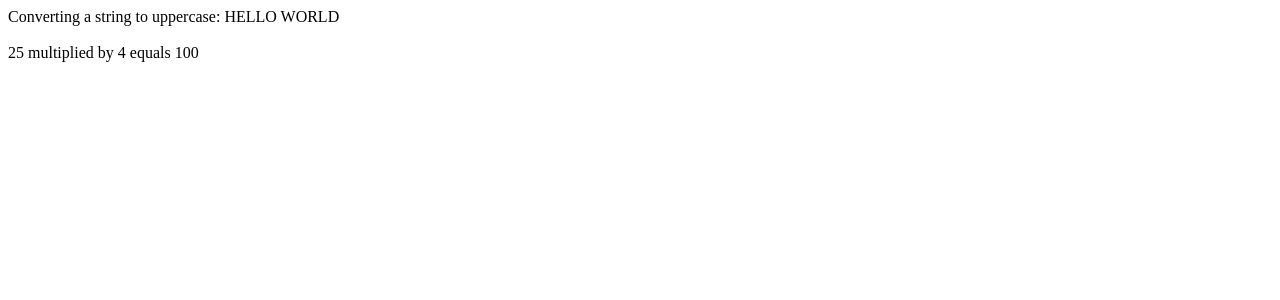
Repository: max-denny/java_db_app
Page: http://localhost/db_app_tutorial_java/expression-test.jsp
An editor plug-in stored every save of this project. The page is shown before and after the next save, followed by the edit.
The browser window is 1280 px wide. The pictures show the whole page.
The page is served by Tomcat 9. Other server files are loaded and not shown.

Above is the page before, as saved 2018-08-27 07:04:50.

### db_app_tutorial_java/WebContent/expression-test.jsp
<html>
<body>

Converting a string to uppercase: <%= new String("Hello World").toUpperCase() %>

<br/><br/>

25 multiplied by 4 equals <%= 25 * 4 %>

</body>
</html>

After the next save:
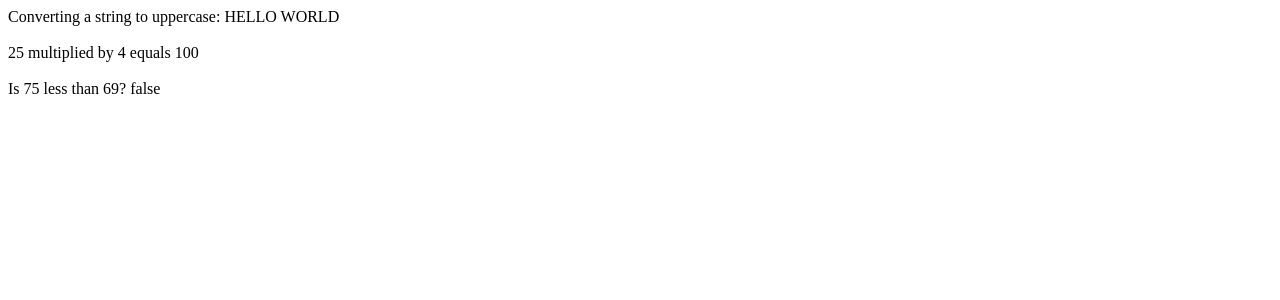
Saved 2 min 53 s later.
--- a/db_app_tutorial_java/WebContent/expression-test.jsp
+++ b/db_app_tutorial_java/WebContent/expression-test.jsp
@@ -7,5 +7,9 @@ Converting a string to uppercase: <%= new String("Hello World").toUpperCase() %>
 
 25 multiplied by 4 equals <%= 25 * 4 %>
 
+<br/><br/>
+
+Is 75 less than 69? <%= 75 < 69 %>
+
 </body>
 </html>
